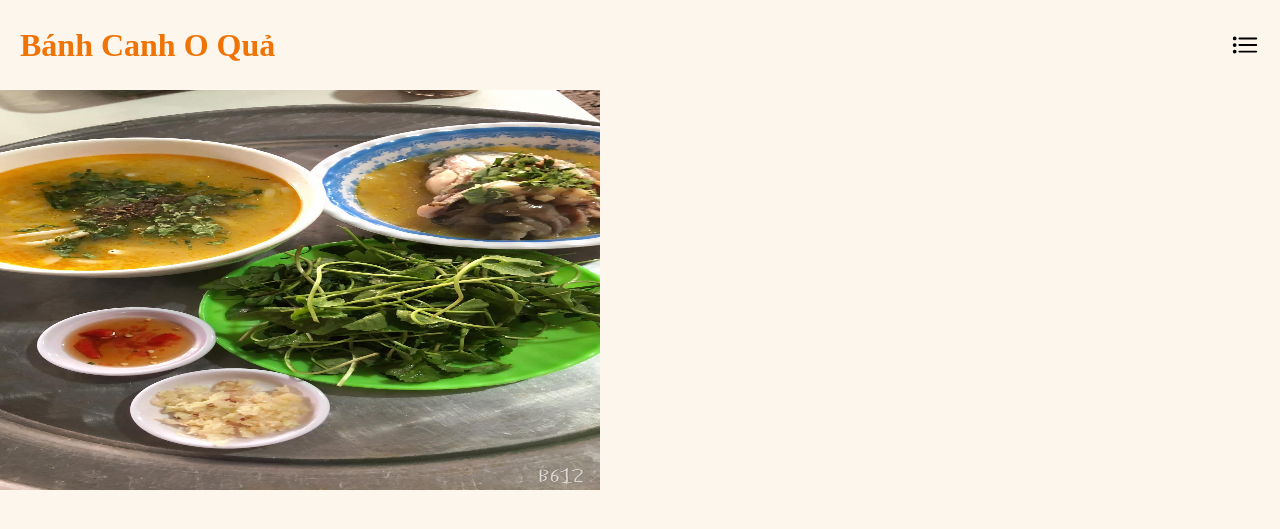
Repository: LeCongTuan2608/AmThuc
Page: public/index.html
The author's editor kept a copy of each file at every save. The page is drawn from the files as they stood at one save, then again after the next save.
The browser window is 1280 px wide. The pictures show the whole page.
The style sheet was rebuilt from its Sass, Less or Tailwind sources for each picture, by a compiler version that may differ from the author's.

Above is the page before, as saved 2022-04-15 10:03:48.

### public/index.html
<!DOCTYPE html>
<html lang="en">
   <head>
      <meta charset="UTF-8" />
      <meta http-equiv="X-UA-Compatible" content="IE=edge" />
      <meta name="viewport" content="width=device-width, initial-scale=1.0" />
      <link rel="stylesheet" href="../sass/css/index.css" />
      <link rel="stylesheet" href="../Javascript/app.js" />
      <script type="module" src="https://unpkg.com/ionicons@5.5.2/dist/ionicons/ionicons.esm.js"></script>
      <script nomodule src="https: // unkg .com / ionicons @ 5.5.2 / dist / ionicons / ionicons.js "></script>
      <title>Ẩm Thực</title>
   </head>
   <body>
      <header>
         <div id="header">
            <h1>Bánh Canh O Quả</h1>
            <ion-icon name="list-outline"></ion-icon>
         </div>
      </header>
      <main>
         <div id="top">
            <div id="image">
               <img src="../images/anh-1.jpg" alt="" />
            </div>
         </div>
      </main>
      <footer></footer>
   </body>
</html>

### sass/index.scss
@import './variables';
html{
    font-size: 100%;
    width: 100%;
    height: 100%;
}
*{
    margin: 0;
    padding: 0;
}
body{
    width: 100%;
    height: 100%;
    background-color: $background-Color;
}
header #header{
    display: flex;
    height: 50px;
    padding: 20px;
    align-items: center;
    justify-content: space-between;
}
#header h1{
    color: $words_Color;
    cursor: pointer;
}
#header ion-icon{
    font-size: 30px;
    cursor: pointer;
}
main #top{
    width: 100%;
    height: auto;
}
#image img{
    height: 400px;
    width: 600px;
}

### sass/variables.scss
$background-Color: #fcf6ed;
$words_Color: #f07305;

Loaded but not shown: Javascript/app.js (no stored copy; drawn as an empty file)

After the next save:
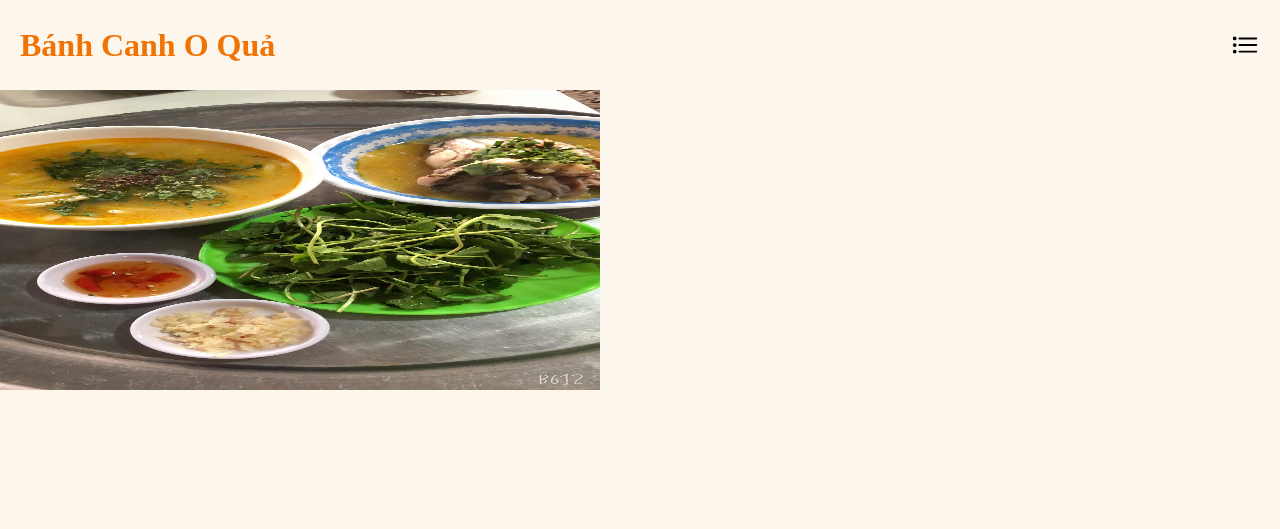
Saved 4 s later.
--- a/sass/index.scss
+++ b/sass/index.scss
@@ -33,6 +33,6 @@ main #top{
     height: auto;
 }
 #image img{
-    height: 400px;
+    height: 300px;
     width: 600px;
 }
